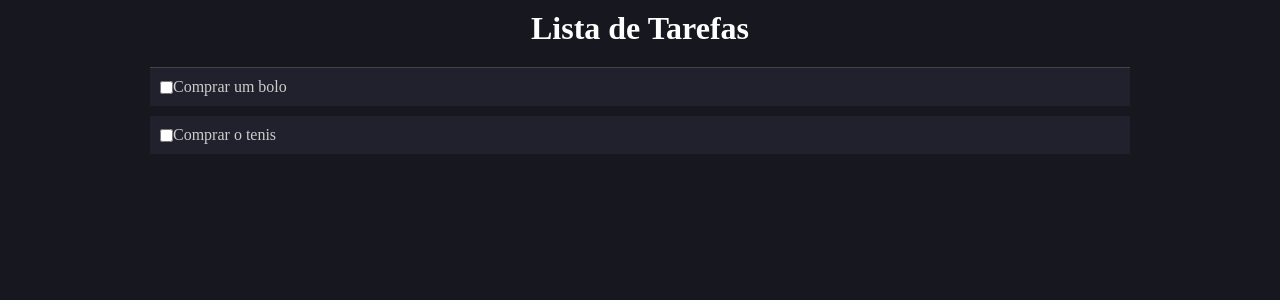
Repository: Wink07/lista-tarefas
Page: /
The author's editor kept a copy of each file at every save. The page is drawn from the files as they stood at one save, then again after the next save.
The browser window is 1280 px wide. The pictures show the whole page.
The project was rebuilt for these pictures with package versions that can differ from the ones it lists, and the page was loaded fresh each time. Also part of the build but not shown: vite.config.ts.

Above is the page before, as saved 2022-05-10 18:26:46.

After the next save:
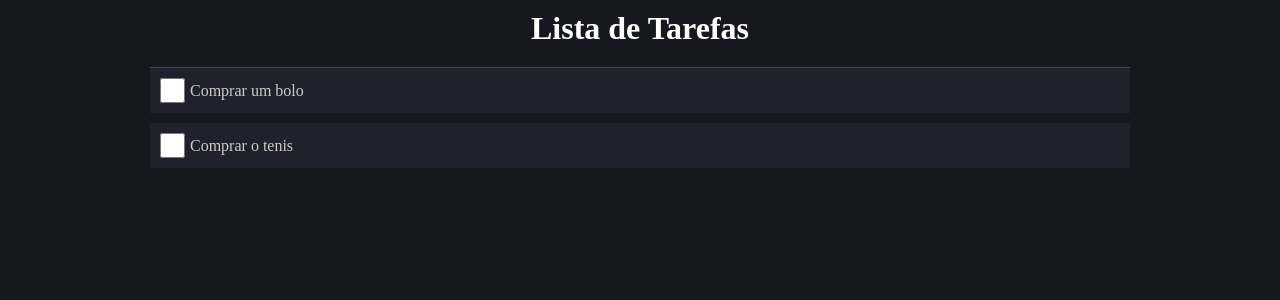
Saved 43 s later.
--- a/src/components/ListItem/styles.ts
+++ b/src/components/ListItem/styles.ts
@@ -9,6 +9,12 @@ export const Container = styled.div`
     margin-bottom: 10px;
     align-items: center;
 
+    input {
+        width: 25px;
+        height: 25px;
+        margin-right: 5px;
+    }
+
     label {
         color: #CCC
     }
